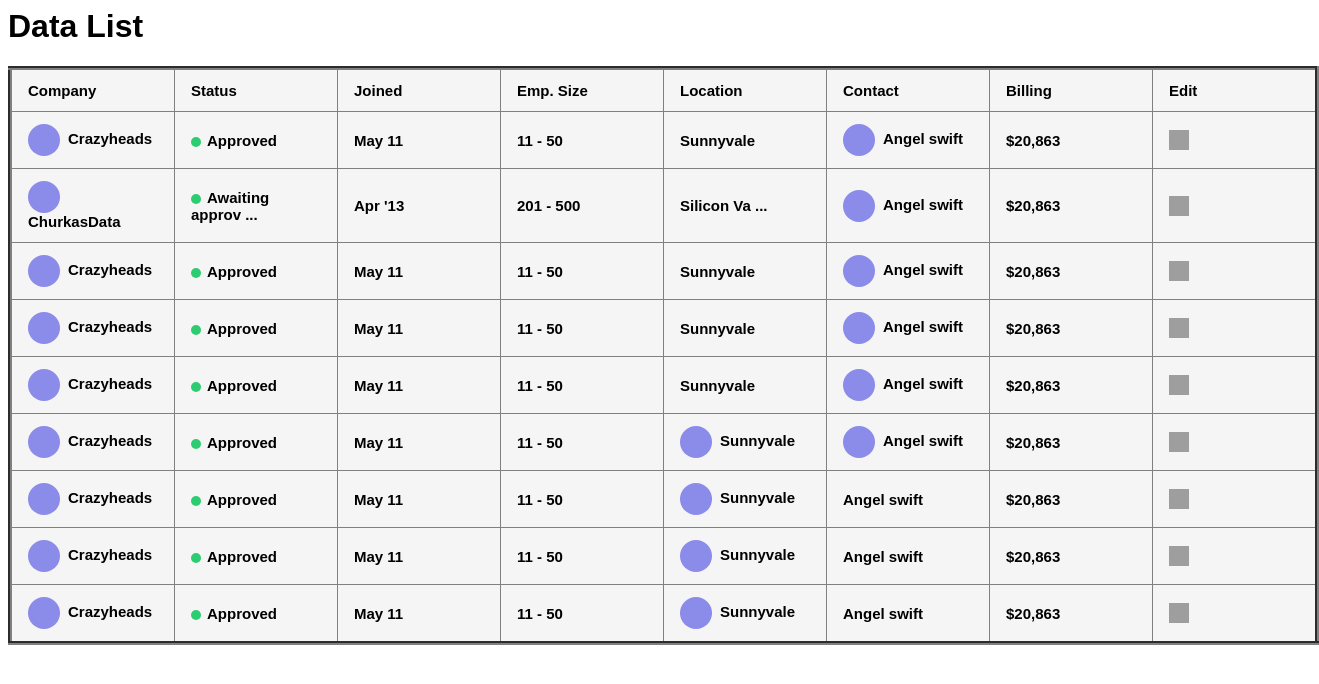
Repository: AdityaTech-Pro/FullStackWithBridgelabz
Page: Assignment2/Data_List/index.html
The author's editor kept a copy of each file at every save. The page is drawn from the files as they stood at one save, then again after the next save.
The browser window is 1280 px wide. The page is 1319 px wide, so the pictures cover 1319 px, including what lies to the right of the window. The pictures show the whole page.
Pictures or frames that could not be fetched are drawn as grey boxes.

Above is the page before, as saved 2025-10-15 09:57:46.

### Assignment2/Data_List/index.html
<html>

<head>
    <style>
        body {
            font-family: Arial, Helvetica, sans-serif;
        }

        .center {
            margin-left: auto;
            margin-right: auto;
        }
        /* improve table appearance */

        table.center {
            border-collapse: collapse;
            width: 90%;
            max-width: 1100px;
        }

        table.center th,
        table.center td {
            padding: 12px 16px;
            text-align: left;
            font-size: 15px;
            vertical-align: middle;
            min-width: 130px;
        }

        table.center th {
            background: #f5f5f5;
        }
        /* small icon class for action images */

        .icon {
            width: 20px;
            height: 20px;
            vertical-align: middle;
        }
        /* circular avatar placeholder that can contain an image */

        .avatar {
            display: inline-block;
            width: 32px;
            height: 32px;
            border-radius: 50%;
            background: rgb(139, 139, 234);
            margin-right: 8px;
            vertical-align: middle;
            overflow: hidden;
        }

        .avatar img {
            width: 100%;
            height: 100%;
            object-fit: cover;
            display: block;
        }
        /* small status dot to show approval, pending, etc. */

        .status-dot {
            display: inline-block;
            width: 10px;
            height: 10px;
            border-radius: 50%;
            background: #2ecc71;
            /* green = approved */
            margin-right: 6px;
            vertical-align: middle;
        }
    </style>
</head>
<title>
    <h2>Welcome to My Web Page</h2>
</title>

<body>
    <table border="4" cellspacing="1" cellpadding="4" class="center">
        <h1 class="center">Data List</h1>
        <tr>
            <th>Company</th>
            <th>Status</th>
            <th>Joined</th>
            <th>Emp. Size</th>
            <th>Location</th>
            <th>Contact</th>
            <th>Billing</th>
            <th>Edit</th>
        </tr>

        <tr>
            <th><span class="avatar" id="avatar-crazyheads" title="Add logo"></span>Crazyheads</th>
            <th><span class="status-dot"></span>Approved</th>
            <th>May 11</th>
            <th>11 - 50</th>
            <th>Sunnyvale</th>
            <th><span class="avatar" id="avatar-crazyheads" title="Add logo"></span>Angel swift</th>
            <th>$20,863</th>
            <th>
                <img class="icon " src="https://www.svgrepo.com/show/325130/edit-pencil.svg " alt="Edit ">
            </th>
        </tr>

        <tr>
            <th><span class="avatar" id="avatar-crazyheads" title="Add logo"></span>ChurkasData</th>
            <th><span class="status-dot"></span>Awaiting approv ...</th>
            <th>Apr '13</th>
            <th>201 - 500</th>
            <th> Silicon Va ...</th>
            <th><span class="avatar" id="avatar-crazyheads" title="Add logo"></span>Angel swift</th>
            <th>$20,863</th>
            <th>
                <img class="icon " src="https://www.svgrepo.com/show/325130/edit-pencil.svg " alt="Edit ">
            </th>
        </tr>

        <tr>
            <th><span class="avatar" id="avatar-crazyheads" title="Add logo"></span>Crazyheads</th>
            <th><span class="status-dot"></span>Approved</th>
            <th>May 11</th>
            <th>11 - 50</th>
            <th>Sunnyvale</th>
            <th><span class="avatar" id="avatar-crazyheads" title="Add logo"></span>Angel swift</th>
            <th>$20,863</th>
            <th>
                <img class="icon " src="https://www.svgrepo.com/show/325130/edit-pencil.svg " alt="Edit ">
            </th>
        </tr>

        <tr>
            <th><span class="avatar" id="avatar-crazyheads" title="Add logo"></span>Crazyheads</th>
            <th><span class="status-dot"></span>Approved</th>
            <th>May 11</th>
            <th>11 - 50</th>
            <th>Sunnyvale</th>
            <th><span class="avatar" id="avatar-crazyheads" title="Add logo"></span>Angel swift</th>
            <th>$20,863</th>
            <th>
                <img class="icon " src="https://www.svgrepo.com/show/325130/edit-pencil.svg " alt="Edit ">
            </th>
        </tr>

        <tr>
            <th><span class="avatar" id="avatar-crazyheads" title="Add logo"></span>Crazyheads</th>
            <th><span class="status-dot"></span>Approved</th>
            <th>May 11</th>
            <th>11 - 50</th>
            <th>
                Sunnyvale</th>
            <th><span class="avatar" id="avatar-crazyheads" title="Add logo"></span>Angel swift</th>
            <th>$20,863</th>
            <th>
                <img class="icon " src="https://www.svgrepo.com/show/325130/edit-pencil.svg " alt="Edit ">
            </th>

            <tr>
                <th><span class="avatar" id="avatar-crazyheads" title="Add logo"></span>Crazyheads</th>
                <th><span class="status-dot"></span>Approved</th>
                <th>May 11</th>
                <th>11 - 50</th>
                <th><span class="avatar" id="avatar-crazyheads" title="Add logo"></span>Sunnyvale</th>
                <th><span class="avatar" id="avatar-crazyheads" title="Add logo"></span>Angel swift</th>
                <th>$20,863</th>
                <th>
                    <img class="icon " src="https://www.svgrepo.com/show/325130/edit-pencil.svg " alt="Edit ">
                </th>
            </tr>

            <tr>
                <th><span class="avatar" id="avatar-crazyheads" title="Add logo"></span>Crazyheads</th>
                <th><span class="status-dot"></span>Approved</th>
                <th>May 11</th>
                <th>11 - 50</th>
                <th><span class="avatar" id="avatar-crazyheads" title="Add logo"></span>Sunnyvale</th>
                <th>Angel swift</th>
                <th>$20,863</th>
                <th>
                    <img class="icon " src="https://www.svgrepo.com/show/325130/edit-pencil.svg " alt="Edit ">
                </th>
            </tr>

            <tr>
                <th><span class="avatar" id="avatar-crazyheads" title="Add logo"></span>Crazyheads</th>
                <th><span class="status-dot"></span>Approved</th>
                <th>May 11</th>
                <th>11 - 50</th>
                <th><span class="avatar" id="avatar-crazyheads" title="Add logo"></span>Sunnyvale</th>
                <th>Angel swift</th>
                <th>$20,863</th>
                <th>
                    <img class="icon " src="https://www.svgrepo.com/show/325130/edit-pencil.svg " alt="Edit ">
                </th>
            </tr>

            <tr>
                <th><span class="avatar" id="avatar-crazyheads" title="Add logo"></span>Crazyheads</th>
                <th><span class="status-dot"></span>Approved</th>
                <th>May 11</th>
                <th>11 - 50</th>
                <th><span class="avatar" id="avatar-crazyheads" title="Add logo"></span>Sunnyvale</th>
                <th>Angel swift</th>
                <th>$20,863</th>
                <th>
                    <img class="icon " src="https://www.svgrepo.com/show/325130/edit-pencil.svg " alt="Edit ">
                </th>
            </tr>

        </tr>

    </table>

</body>

</html>

After the next save:
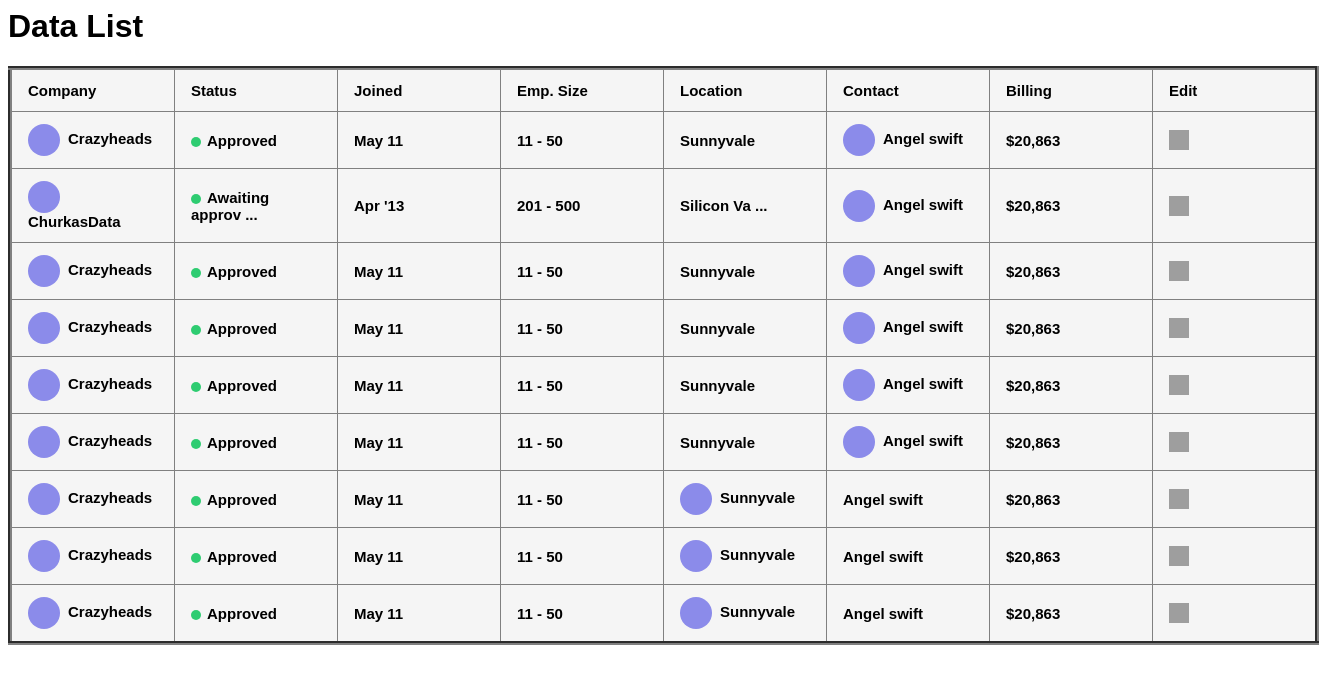
Saved 7 s later.
--- a/Assignment2/Data_List/index.html
+++ b/Assignment2/Data_List/index.html
@@ -158,7 +158,7 @@
                 <th><span class="status-dot"></span>Approved</th>
                 <th>May 11</th>
                 <th>11 - 50</th>
-                <th><span class="avatar" id="avatar-crazyheads" title="Add logo"></span>Sunnyvale</th>
+                <th>Sunnyvale</th>
                 <th><span class="avatar" id="avatar-crazyheads" title="Add logo"></span>Angel swift</th>
                 <th>$20,863</th>
                 <th>
